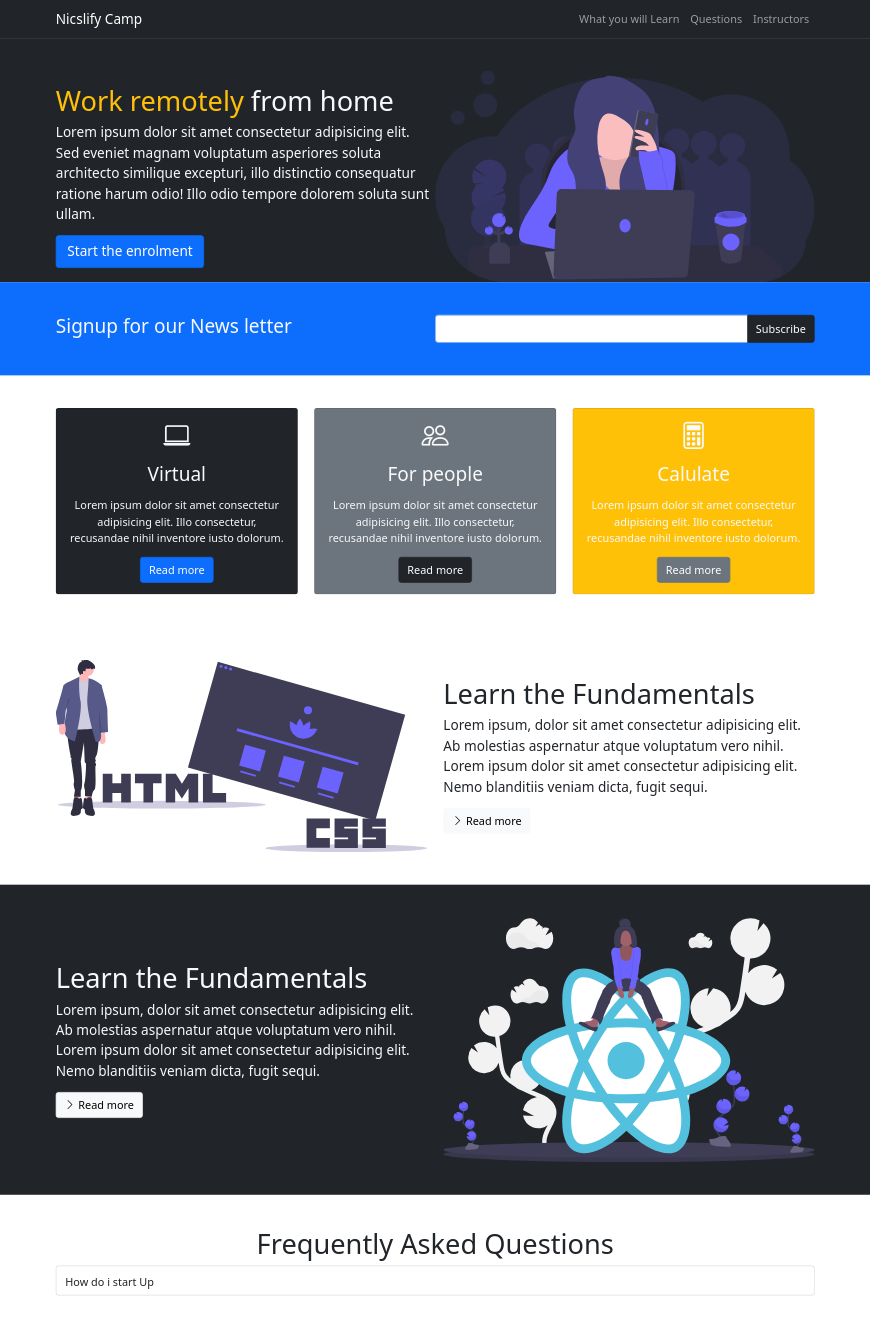
Repository: Eugene44-hub/enrollment-site
Page: index.html
The author's editor kept a copy of each file at every save. The page is drawn from the files as they stood at one save, then again after the next save.
The browser window is 1280 px wide. The pictures show the whole page, at 68% of full size.
Some web libraries are served in a nearby version.

Above is the page before, as saved 2021-10-20 15:00:22.

After the next save:
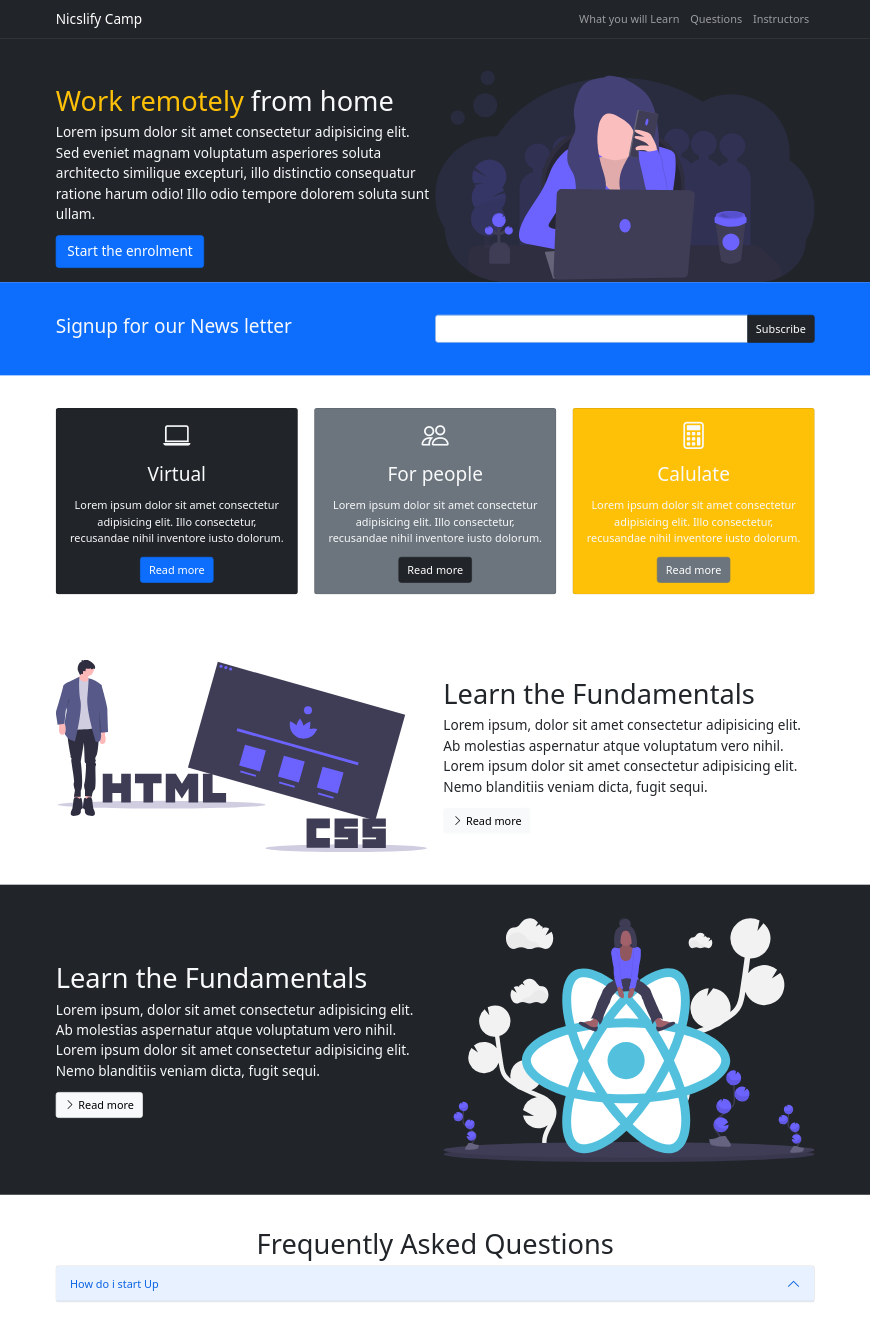
Saved 38 s later.
--- a/index.html
+++ b/index.html
@@ -166,7 +166,7 @@
             <div class="accordion">
                 <div class="accordion-item">
                     <h2 class="accordion-header">
-                        <button class="btn" type="button" data-bs-toggle="collapse" data-bs-target="questionOne">
+                        <button class="accordion-button" type="button" data-bs-toggle="collapse" data-bs-target="questionOne">
                         How do i start Up
                     </button>
                     </h2>
